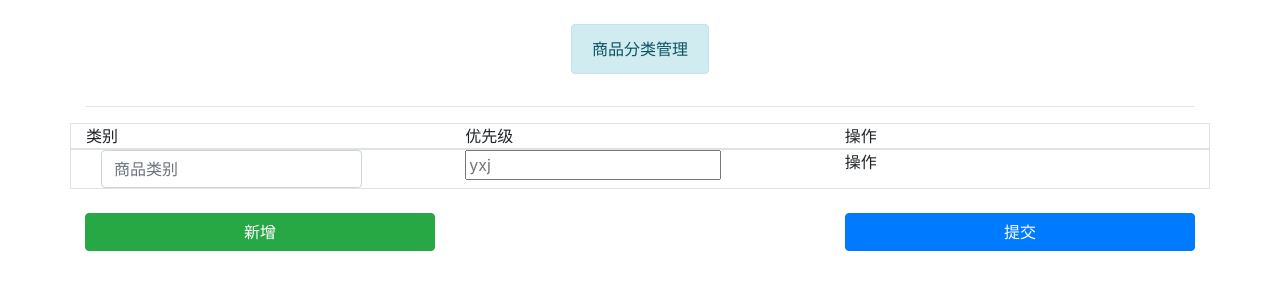
Repository: marveloussj/first_project
Page: o2o/src/main/webapp/WEB-INF/html/shop/productcategorymanage.html
An editor plug-in stored every save of this project. The page is shown before and after the next save, followed by the edit.
The browser window is 1280 px wide. The pictures show the whole page.
The page's requests for data from a server got no answer. Some web libraries are served in a nearby version.

Above is the page before, as saved 2018-03-17 08:43:13.

### o2o/src/main/webapp/WEB-INF/html/shop/productcategorymanage.html
<!doctype html>
<html lang="en">
<head>
<!-- Required meta tags -->
<meta charset="utf-8">
<meta name="viewport"
	content="width=device-width, initial-scale=1, shrink-to-fit=no">

<!-- Bootstrap CSS -->
<link rel="stylesheet"
	href="https://cdn.bootcss.com/bootstrap/4.0.0/css/bootstrap.min.css"
	integrity="sha384-Gn5384xqQ1aoWXA+058RXPxPg6fy4IWvTNh0E263XmFcJlSAwiGgFAW/dAiS6JXm"
	crossorigin="anonymous">

<title>商品分类管理</title>
</head>
<body>

<div class="container">
<br>
<div class="row justify-content-center">
			<div class="alert alert-info" >商品分类管理</div>
		</div>
		<hr>

  <div class="row align-items-start table-bordered">
    <div class="col">类别</div>
    <div class="col">优先级 </div>
    <div class="col"> 操作</div>
  </div>

  <div class="category-wrap"></div>
  <div class="row align-items-start table-bordered temp">
  <div class="col">
  <div class="col-sm-10">
		<input type="text" class="form-control" placeholder="商品类别">
		</div>
  </div>
	<div class="col">
		<input  type="text" placeholder="yxj">
		 </div>
   <div class="col"> 操作</div>
  </div>
<br>

		<div class="row justify-content-between">
			<div class="col-4">
				<button type="button" class="btn btn-success btn-block" id="add">新增</button>
			</div>
			<div class="col-4">
				<button type="button" class="btn btn-primary btn-block" id="submit">提交</button>
			</div>
		</div>
</div>
	<!-- Optional JavaScript -->
	<!-- jQuery first, then Popper.js, then Bootstrap JS -->
	<script src="http://code.jquery.com/jquery-3.3.1.js" integrity="sha256-2Kok7MbOyxpgUVvAk/HJ2jigOSYS2auK4Pfzbm7uH60=" crossorigin="anonymous"></script>
	<script src="https://cdn.bootcss.com/popper.js/1.12.9/umd/popper.min.js" integrity="sha384-ApNbgh9B+Y1QKtv3Rn7W3mgPxhU9K/ScQsAP7hUibX39j7fakFPskvXusvfa0b4Q" crossorigin="anonymous"></script>
	<script src="https://cdn.bootcss.com/bootstrap/4.0.0/js/bootstrap.min.js" integrity="sha384-JZR6Spejh4U02d8jOt6vLEHfe/JQGiRRSQQxSfFWpi1MquVdAyjUar5+76PVCmYl" crossorigin="anonymous"></script>
	<script type="text/javascript" src="../resources/js/shop/productcategorymanage.js" charset="utf-8"></script>

</body>
</html>

### o2o/src/main/webapp/resources/js/shop/productcategorymanage.js
/**
 *
 */
$(function(){
	var addUrl='/o2o/shopadmin/addproductcategorys';
	var deleteUrl='/o2o/shopadmin/deleteproductcategory';
	getlist();
	function getlist(e){
		$.ajax({
		url:"/o2o/shopadmin/getproductcategorylist",
		type:"get",
		dataType:"json",
		success:function(data){
			if(data.success){
				handleList(data.data);
			}
		}

	});
	}

	function handleList(data){
		var html='';
		data.map(function(item,index){
			html+='<div class="row align-items-start table-bordered now"><div class="col">'
				+item.productCategoryName+'</div> <div class="col">'
				+item.priority+'</div><div class="col"><a class="delete" data-toggle="modal" data-target="#myModal" data-id="'
				+item.productCategoryId+'" href="#">删除</a></div></div>';
		});
		$('.category-wrap').html(html);
	}

	$('#add').click(function(){
		var tempHtml='<div class="row align-items-start table-bordered temp"><div class="col">'
			+'<input class="form-control category" type="text" placeholder="商品类别">'
			+'</div> <div class="col">'
			+'<input class="form-control priority" type="number" placeholder="优先级">'
			+'</div><div class="col"><a class="delete" href="#">删除</a></div></div>';
		$('.category-wrap').append(tempHtml);
	});

	$('#submit').click(function(){
		var tempArr=$('.temp');
		var productCategoryList=[];
		tempArr.map(function(index,item){
			var tempObj={};
			tempObj.productCategoryName=$(item).find('.category').val();
			tempObj.priority=$(item).find('.priority').val();
			if(tempObj.productCategoryName&&tempObj.priority){
				productCategoryList.push(tempObj);
			}
		});

		$.ajax({
			url:addUrl,
			type:'POST',
			data:JSON.stringify(productCategoryList),
			contentType: 'application/json',
			success:function(data){
				if(data.success){
					alert("提交成功!");
					getlist();
				}else{
					alert("提交失败!");
				}
			}
		});

	});

	$('.category-wrap').on('click','.align-items-start.table-bordered.temp .delete',function(e){
		$(this).parent().parent().remove();
	});

	$('.category-wrap').on('click','.align-items-start.table-bordered.now .delete',function(e){
		$('#confirm').unbind('click').bind('click',function(){
			var target=e.currentTarget;
			$.ajax({
				url:deleteUrl,
				type:'POST',
				data:{productCategoryId:target.dataset.id},
				dataType:'json',
				success:function(data){
					if(!data.success){
						alert("删除失败!");
					}else{
						alert("删除成功!");
						getlist();
					}
					return ;
				}
			});
			});
	});

	$('#return').click(function() {
		window.location.href = '/o2o/shopadmin/shopmanage';
	});

});

After the next save:
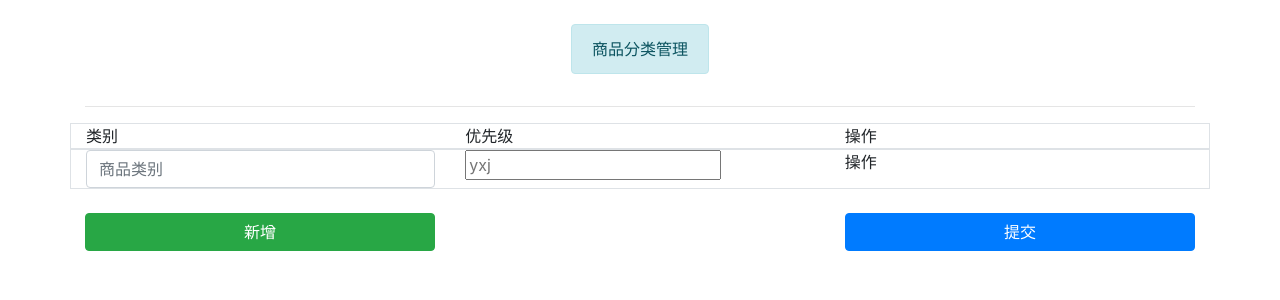
Saved 9 s later.
--- a/o2o/src/main/webapp/WEB-INF/html/shop/productcategorymanage.html
+++ b/o2o/src/main/webapp/WEB-INF/html/shop/productcategorymanage.html
@@ -32,9 +32,8 @@
   <div class="category-wrap"></div>
   <div class="row align-items-start table-bordered temp">
   <div class="col">
-  <div class="col-sm-10">
 		<input type="text" class="form-control" placeholder="商品类别">
-		</div>
+
   </div>
 	<div class="col">
 		<input  type="text" placeholder="yxj">
